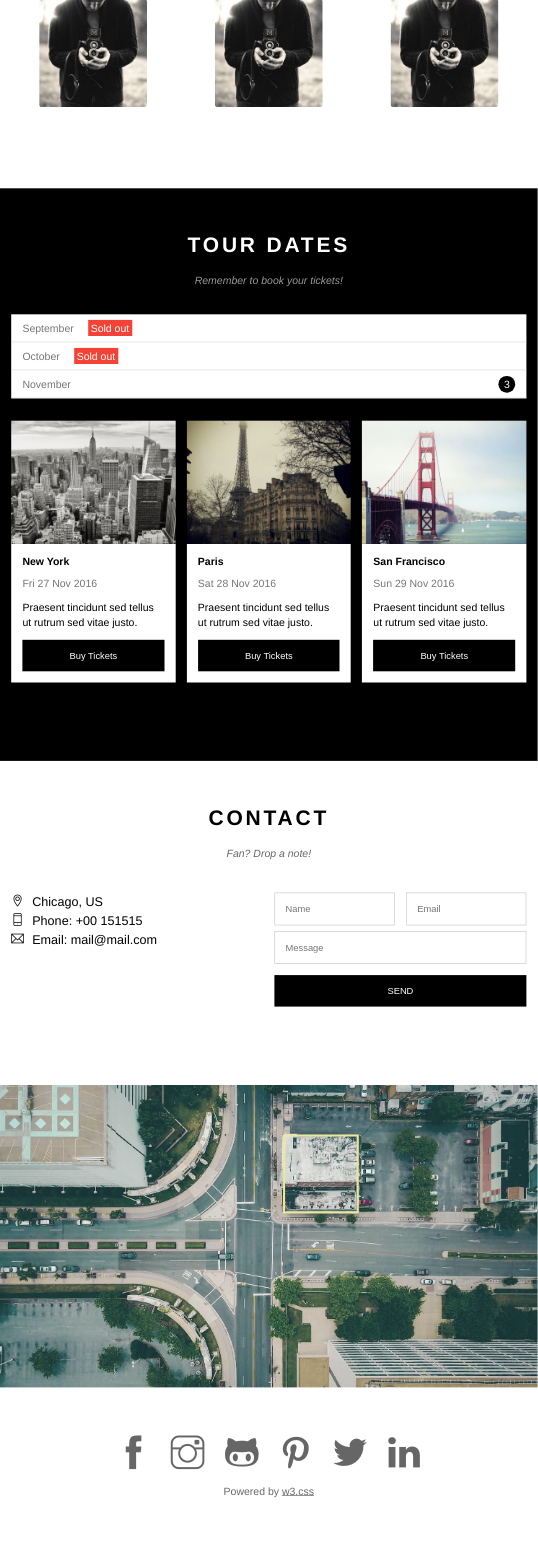
Repository: phongngotrong/w3school_reup
Page: index.html
An editor plug-in stored every save of this project. The page is shown before and after the next save, followed by the edit.
The browser window is 768 px wide. The pictures show the part of the page from y = 830 to 3070 px (the page is 3032 px tall before and 3070 px after), at 70% of full size.

Above is the page before, as saved 2022-02-15 23:21:11.

### index.html
<!DOCTYPE html>
<html lang="en">
  <head>
    <meta charset="UTF-8" />
    <meta http-equiv="X-UA-Compatible" content="IE=edge" />
    <meta name="viewport" content="width=device-width, initial-scale=1.0" />
    <title>W3.CSS Template</title>
    <link rel="icon" href="https://play-lh.googleusercontent.com/i-ij7KM2pFUUpFE31QAUDXg5mzGFNbm16S4tjmg2ZyuhCGLgNJ8oXJRbq7ysh6LoZg" type="image/x-icon" />
    <link rel="stylesheet" href="./assets/css/style.css" />
    <link rel="stylesheet" href="./assets/css/responsive.css" />
    <link rel="stylesheet" href="./assets/fonts/themify-icons/themify-icons.css">
  </head>
  <body>
    <div id="main">
      <div id="header">
        <!--Begin: Nav-->
        <ul id="nav">
          <li><a href="#">Home</a></li>
          <li><a href="#band">Band</a></li>
          <li><a href="#tour">Tour</a></li>
          <li><a href="#contact">Contact</a></li>
          <li>
            <a href="#">
              More
              <i class="nav-arrow-down ti-angle-down"></i>
            </a>
            <ul class="subnav">
              <ul>
                <li><a href="#">Merchandise</a></li>
                <li><a href="#">Extras</a></li>
                <li><a href="#">Media</a></li>
              </ul>
            </ul>
          </li>
        </ul>
        <!--End: Nav-->

        <!--Begin: Search-->
        <div class="search-btn">
          <i class="search-icon ti-search"></i>
        </div>

        <div id="mobile-menu" class="mobile-menu-btn">
          <i class="menu-icon ti-menu"></i>
        </div>
        <!--End: Search-->
      </div>

      <div id="slider">
        <div class="text-content">
          <h2 class="text-heading">Chicago</h2>
          <div class="text-description">
            Thank you, Chicago - A night we won't forget.
          </div>
        </div>
      </div>

      <div id="content">
        <!--content section-->
        <div id="band" class="content-section">
          <h2 class="section-heading">THE BAND</h2>
          <p class="section-sub-heading">We love music</p>
          <p class="about-text">
            We have created a fictional band website. Lorem ipsum dolor sit
            amet, consectetur adipiscing elit, sed do eiusmod tempor incididunt
            ut labore et dolore magna aliqua. Ut enim ad minim veniam, quis
            nostrud exercitation ullamco laboris nisi ut aliquip ex ea commodo
            consequat. Duis aute irure dolor in reprehenderit in voluptate velit
            esse cillum dolore eu fugiat nulla pariatur. Excepteur sint occaecat
            cupidatat non proident, sunt in culpa qui officia deserunt mollit
            anim id est laborum consectetur adipiscing elit, sed do eiusmod
            tempor incididunt ut labore et dolore magna aliqua. Ut enim ad minim
            veniam, quis nostrud exercitation ullamco laboris nisi ut aliquip ex
            ea commodo consequat.
          </p>
          <div class="row list-member">
            <!--member1-->
            <div class="col col-third s-col-full mt-32 text-center">
              <p class="member-name">Name</p>
              <img
                src="./assets/img/member.jpg"
                alt="Name"
                class="avt-member"
              />
            </div>

            <!--member2-->
            <div class="col col-third s-col-full mt-32 text-center">
              <div class="member-name">Name</div>
              <img
                src="./assets/img/member.jpg"
                alt="Name"
                class="avt-member"
              />
            </div>
            <!--member3-->

            <div class="col col-third s-col-full mt-32 text-center">
              <div class="member-name">Name</div>
              <img
                src="./assets/img/member.jpg"
                alt="Name"
                class="avt-member"
              />
            </div>
            <!-- <div class="clear"></div> -->
          </div>
        </div>
        <!--tour section-->
        <div id="tour" class="tour-section">
          <div class="content-section">
            <h2 class="section-heading text-white">TOUR DATES</h2>
            <p class="section-sub-heading text-white">
              Remember to book your tickets!
            </p>
            <!-- tickets -->
            <ul class="tickets-list">
              <li>September <span class="sold-out">Sold out</span></li>
              <li>October <span class="sold-out">Sold out</span></li>
              <li>November <span class="quantity">3</span></li>
            </ul>
            <div class="row places-list">
              <!-- place1 -->
              <div class="col col-third s-col-full mt-16">
                <img
                  src="./assets/img/newyork.jpg"
                  alt="New York"
                  class="place-img"
                />
                <div class="places-body">
                  <h3 class="places-heading">New York</h3>
                  <p class="places-time">Fri 27 Nov 2016</p>
                  <p class="place-description">
                    Praesent tincidunt sed tellus ut rutrum sed vitae justo.
                  </p>
                  <button class="btn s-full-width js-buy-ticket">Buy Tickets</button>
                </div>
              </div>
              <!-- place2 -->

              <div class="col col-third s-col-full mt-16">
                <img
                  src="./assets/img/paris.jpg"
                  alt="New York"
                  class="place-img"
                />
                <div class="places-body">
                  <h3 class="places-heading">Paris</h3>
                  <p class="places-time">Sat 28 Nov 2016</p>
                  <p class="place-description">
                    Praesent tincidunt sed tellus ut rutrum sed vitae justo.
                  </p>
                  <button class="btn s-full-width js-buy-ticket">Buy Tickets</button>
                </div>
              </div>
              <!-- place3 -->

              <div class="col col-third s-col-full mt-16">
                <img
                  src="./assets/img/sanfran.jpg"
                  alt="New York"
                  class="place-img"
                />
                <div class="places-body">
                  <h3 class="places-heading">San Francisco</h3>
                  <p class="places-time">Sun 29 Nov 2016</p>
                  <p class="place-description">
                    Praesent tincidunt sed tellus ut rutrum sed vitae justo.
                  </p>
                  <button class="btn s-full-width js-buy-ticket">Buy Tickets</button>
                </div>
              </div>
              <!-- <div class="clear"></div> -->
            </div>
          </div>
        </div>

        <!-- Begin: contact section-->
        <div id="contact" class="content-section">
          <h2 class="section-heading">CONTACT</h2>
          <p class="section-sub-heading">Fan? Drop a note!</p>

          <div class="row contact-content">
            <div class="col col-half s-col-full contact-info">
              <p><i class="ti-location-pin"></i>Chicago, US</p>
              <p><i class="ti-mobile"></i>Phone: +00 151515</p>
              <p><i class="ti-email"></i>Email: mail@mail.com</p>
            </div>
            <div class="col col-half s-col-full contact-form">
              <form action="">
                <div class="row">
                  <div class="col col-half s-col-full">
                      <input type="text" name="" required placeholder="Name" id="" class="form-control">
                  </div>
                  <div class="col col-half s-col-full s-mt-8">
                    <input type="email" name="" required placeholder="Email" id="" class="form-control">
                </div>
                </div>
                <div class="row mt-8">
                  <div class="col col-full">
                    <input type="text" name="" required placeholder="Message" id="" class="form-control">
                </div>
                </div>
                <input class="btn pull-right s-full-width mt-16" type="submit" value="SEND">
              </form>
            </div>
          </div>
        </div>
        <!-- End: contact section-->
        <div class="map-section">
          <img src="./assets/img/map.jpg" alt="Map">
        </div>
      </div>

      <div id="footer">
        <div class="social-list">
          <a href=""><i class="ti-facebook"></i></a>
          <a href=""><i class="ti-instagram"></i></a>
          <a href=""><i class="ti-github"></i></a>
          <a href=""><i class="ti-pinterest"></i></a>
          <a href=""><i class="ti-twitter-alt"></i></a>
          <a href=""><i class="ti-linkedin"></i></a>
        </div>
        <div class="Copyright">Powered by <a href="">w3.css</a></div>
      </div>
    </div>

    <div class="modal js-modal">
      <div class="modal-container js-modal-container">
        <div class="modal-close js-modal-close">
          <i class="ti-close"></i>
        </div>
        <header class="modal-header">
          <i class="icon-ti-bag-header ti-bag"></i>
          Tickets
        </header>

        <div class="modal-body">
          <label for="tickets-quantity" class="modal-label">
            <i class="ti-shopping-cart"></i>
            Tickets, $15 per person
          </label>
          <input
            id="tickets-quantity"
            type="text"
            class="modal-input"
            placeholder="How many?"
          />

          <label for="tickets-email" class="modal-label">
            <i class="ti-user"></i>
            Send To
          </label>
          <input
            id="tickets-email"
            type="email"
            class="modal-input"
            placeholder="Enter email "
          />

          <button id="buy-tickets">
            PAY<i class="icon-ti-check-footer ti-check"></i>
          </button>
        </div>

        <footer class="modal-footer">
          <p class="modal-help">Need <a href="">help?</a></p>
        </footer>
      </div>
    </div>

    <script>
      const buyBtns = document.querySelectorAll('.js-buy-ticket')
      const modal = document.querySelector('.js-modal')
      const modalContainer = document.querySelector('.js-modal-container')
      const modalClose = document.querySelector('.js-modal-close')

      // hàm hiển thị modal mua vé(thêm class open vào modal)
      function showBuyTickets() {
        modal.classList.add('open')
      }

      // hàm ẩn modal mua vé(gỡ bỏ class open của modal)
      function hideBuyTickets() {
        modal.classList.remove('open')
      }

      // lặp qua từng thẻ button và nghe hành vi click
      for(const buyBtn of buyBtns) {
        buyBtn.addEventListener('click', showBuyTickets)
      }

      // nghe hành vi click vào button close
      modalClose.addEventListener('click', hideBuyTickets)

      modal.addEventListener('click', hideBuyTickets)

      modalContainer.addEventListener('click', function(event){
        event.stopPropagation()
      })

    </script>

    <script>
      var header = document.getElementById('header');
      var mobileMenu = document.getElementById('mobile-menu');
      var headerHeight = header.clientHeight;

      // Đóng/mở mobile menu
      mobileMenu.onclick = function() {
        var isClosed = header.clientHeight === headerHeight;
        if(isClosed) {
          header.style.height = 'auto';
        } else {
          header.style.height = null;
        }
      }

      // Tự động đóng khi chọn menu
      var menuItems = document.querySelectorAll('#nav li a[href*="#"]');
      for(var i=0; i<menuItems.length; i++) {
        var menuItem = menuItems[i];

        console.log(menuItem);

        menuItem.onclick = function(event) {
          var isParentMenu = this.nextElementSibling && this.nextElementSibling.classList.contains('subnav');
          if(isParentMenu) {
            event.preventDefault();
          }else {
            header.style.height = null;
          }
        }
      }

    </script>
  </body>
</html>

### assets/css/style.css
/* Reset CSS */

* {
  padding: 0;
  margin: 0;
  box-sizing: border-box;
}

html {
  font-family: Helvetica, Arial, sans-serif;
  scroll-behavior: smooth;
}
/*
  -Từ trên xuống dưới
  -Từ ngoài vào trong
  -Tổng quan đến chi tiết
  */

/*
  1. Vi tri
  2. Kich thuoc
  3. Mau sac
  4. Kieu dang (kieu chu, hinh tron, vuong...)
  */

/* Common */
.text-center {
  text-align: center !important;
}

.row {
  margin-left: -8px;
  margin-right: -8px;
}

/* Tạo element giả */
.row::after {
  content: "";
  display: block;
  clear: both;
}
/*.................*/

.col {
  float: left;
  padding-left: 8px;
  padding-right: 8px;
}

.col-full {
  width: 100%;
}

.col-half {
  width: 50%;
}

.col-third {
  width: 33.33333%;
}

.pull-right {
  float: right;
}

.btn {
  background-color: #000;
  color: #fff;
  text-decoration: none;
  display: inline-block;
  padding: 11px 16px;
  margin-top: 15px;
  padding-top: 16px;
  cursor: pointer;
  border: none;
}

.btn:hover {
  background-color: #ccc;
  color: #000;
}

.mt-8 {
  margin-top: 8px !important;
}

.mt-16 {
  margin-top: 16px !important;
}

.mt-32 {
  margin-top: 32px !important;
}

.clear {
  clear: both;
}

/* .row::after {
    clear: both;
    display: block;
    content: "";
  } */

.text-white {
  color: #fff !important;
}

/* Main */
#main {
}

#header {
  position: fixed;
  top: 0;
  left: 0;
  right: 0;
  height: 46px;
  background-color: #000;
  z-index: 1;
}

#nav {
  display: inline-block;
}

li {
  list-style-type: none;
}

#nav > li {
  display: inline-block;
}

#nav li {
  position: relative;
}

#nav > li > a {
  color: #fff;
  text-transform: uppercase;
}

#nav li a {
  text-decoration: none;
  line-height: 46px;
  padding: 0 24px;
  display: block;
}

#nav li:hover .subnav {
  display: block;
}

#nav > li:hover > a,
#nav .subnav li:hover a {
  color: #000;
  background-color: #ccc;
}

#nav .subnav {
  display: none;
  min-width: 160px;
  position: absolute;
  background-color: #fff;
  box-shadow: 0 0 10px rgba(0, 0, 0, 0.3);
}

#nav .subnav a {
  color: #000;
  padding: 0 12px;
  line-height: 38px;
}

#nav .nav-arrow-down {
  font-size: 12px;
}

#header .mobile-menu-btn {
  position: absolute;
  top: 0;
  right: 0;
  display: none;
}

#header .mobile-menu-btn,
#header .search-btn {
  float: right;
  padding: 0 20px;
}

#header .mobile-menu-btn .menu-icon {
  font-size: 16px;
}

#header .mobile-menu-btn:hover {
  background-color: #ccc;
}

#header .mobile-menu-btn:hover .menu-icon {
  color: #000;
}

#header .search-btn:hover {
  cursor: pointer;
  background-color: #f44336;
}

#header .menu-icon,
#header .search-icon {
  color: #fff;
  font-size: 20px;
  line-height: 46px;
}

#slider {
  position: relative;
  margin-top: 46px;
  padding-top: 50%;
  background: url("../img/slider.jpg") top center / cover no-repeat;
}

#slider .text-content {
  position: absolute;
  bottom: 47px;
  color: #fff;
  width: 100%;
  text-align: center;
}

#slider .text-heading {
  font-weight: 500;
  font-size: 24px;
}

#slider .text-description {
  font-size: 15px;
  margin-top: 25px;
}

#content {
}

#content .content-section {
  width: 800px;
  max-width: 100%;
  padding: 64px 0 112px;
  margin-right: auto;
  margin-left: auto;
  padding-left: 16px;
  padding-right: 16px;
}

#content .section-heading {
  text-align: center;
  font-size: 30px;
  letter-spacing: 4px;
}

#content .section-sub-heading {
  font-size: 15px;
  text-align: center;
  margin-top: 25px;
  font-style: italic;
  opacity: 0.6;
}

#content .about-text {
  font-size: 15px;
  margin-top: 15px;
  text-align: justify;
  line-height: 1.4;
}

#content .member-name {
  font-size: 16px;
}

#content .list-member {
  margin-top: 32px;
  /* margin-bottom: 48px;
    overflow: hidden;  */
}

/* #content .item-member {
    float: left;
    width: 33.33333%;
    text-align: center;
  } */

#content .avt-member {
  margin-top: 15px;
  width: 154px;
  border-radius: 4px;
}

/* tour section */
.tour-section {
  background-color: #000;
}
.tickets-list {
  background-color: #fff;
  margin-top: 40px;
  list-style: none;
}

.tickets-list li {
  color: #757575;
  font-size: 15px;
  padding: 11px 16px;
  border-bottom: 1px solid #ddd;
}

.tickets-list .sold-out {
  background-color: #f44336;
  color: #fff;
  padding: 3px 4px;
  margin-left: 16px;
}

.tickets-list .quantity {
  float: right;
  width: 24px;
  height: 24px;
  background-color: #000;
  color: #fff;
  border-radius: 50%;
  line-height: 24px;
  text-align: center;
  margin-top: -3px;
}

/* Places */
.places-list {
  margin-top: 16px;
}

/* .places-item {
    float: left;
    width: 33.33333%;
    padding: 0 8px;
  } */

.place-img {
  width: 100%;
  display: block;
}

.place-img:hover {
  opacity: 0.6;
}

.places-body {
  padding: 16px;
  font-size: 15px;
  background-color: #fff;
}

.places-heading {
  font-size: 15px;
}

.places-time {
  padding-top: 15px;
  color: #757575;
}

.place-description {
  padding-top: 15px;
  line-height: 1.4;
}

.modal {
  position: fixed;
  top: 0;
  bottom: 0;
  right: 0;
  left: 0;
  background-color: rgba(0, 0, 0, 0.4);
  display: none;
  align-items: center;
  justify-content: center;
}

.modal.open {
  display: flex;
}

.modal-container {
  background-color: #fff;
  width: 900px;
  min-height: 200px;
  position: relative;
  max-width: calc(100% -32px);
  animation: modalFadeIn ease 0.4s;
}

.modal-header {
  background-color: #009688;
  color: #fff;
  height: 130px;
  font-size: 30px;
  display: flex;
  align-items: center;
  justify-content: center;
  letter-spacing: 4px;
}

.modal-close:hover {
  background-color: #ccc;
  color: #000;
}

.modal-close {
  position: absolute;
  right: 0;
  top: 0;
  padding: 16px;
  font-size: 12px;
  color: #fff;
  cursor: pointer;
}

.icon-ti-bag-header {
  margin-right: 16px;
}

.modal-body {
  padding: 16px;
}

.modal-label {
  display: block;
  font-size: 15px;
  margin-bottom: 12px;
}

.modal-input {
  border: 1px solid #ccc;
  width: 100%;
  padding: 10px;
  font-size: 15px;
  margin-bottom: 24px;
}

#buy-tickets:hover {
  background-color: #ccc;
  color: #000;
}

#buy-tickets {
  background-color: #009688;
  width: 100%;
  padding: 18px;
  color: #fff;
  border: none;
  text-transform: uppercase;
  font-size: 15px;
  cursor: pointer;
}

.modal-footer {
  padding: 16px;
  text-align: right;
}

.modal-footer a {
  color: #2196f3;
}

/* Contact */
.contact-content {
  margin-top: 48px;
}

.contact-info {
  font-size: 18px;
  line-height: 1.5;
}

.contact-info i[class*="ti-"] {
  width: 30px;
  display: inline-block;
}

.contact-form {
  font-size: 15px;
}

.contact-form .form-control {
  padding: 10px;
  border: 1px solid #ccc;
  width: 100%;
}

/* .contact-form .form-submit-btn {
  background: #000;
  color: #fff;
  border: 1px solid #000;
  padding: 10px 16px;
  float: right;
} */

/* .form-submit-btn:hover {
  background: #ccc;
  color: #000;
  border: none;
  cursor: pointer;
} */

/* Map section */
.map-section img {
  width: 100%;
  filter: grayscale(50%);
}

/* footer section */

#footer {
  padding: 64px 16px;
  text-align: center;
}

#footer .social-list {
  font-size: 20px;
}

#footer .Copyright {
  font-size: 15px;
  margin-top: 15px;
  color: rgba(0, 0, 0, 0.6);
}

#footer .Copyright a {
  color: rgba(0, 0, 0, 0.6);
}

#footer .social-list a {
  color: rgba(0, 0, 0, 0.6);
  text-decoration: none;
}

#footer .social-list a:hover {
  color: rgba(0, 0, 0, 0.4);
}

/* Tạo hoạt ảnh  */
@keyframes modalFadeIn {
  from {
    opacity: 0;
    transform: translateY(-140px);
  }
  to {
    opacity: 1;
    transform: translateY(0);
  }
}

### assets/css/responsive.css
/* PC: width >= 1024px */
@media only screen and (min-width: 64em) {
}

/* Tablet: width >= 740px and < 1024px */
@media only screen and (min-width: 46.25em) and (max-width: 63.9375em) {
}

/* Tablet && Mobile */
@media only screen and (max-width: 63.9375em) {
  .s-full-width {
    width: 100% !important;
  }

  .btn {
    padding: 15px 16px;
  }

  .contact-form .form-control {
    padding: 15px;
  }

  #footer .social-list {
    font-size: 48px;
  }

  #footer .social-list a {
    margin: 0 8px;
  }
}

/* Mobile: width < 740px */
@media only screen and (max-width: 46.1875em) {
  .s-mt-8 {
    margin-top: 8px;
  }

  #nav {
    display: block;
  }

  #nav > li {
    display: block;
  }

  #nav > li:first-child {
    display: inline-block;
  }

  #nav li a {
    padding: 1px 24px;
  }

  #nav .subnav {
    position: initial;
    background-color: #333;
  }

  #nav .subnav a {
    color: #fff;
    padding: 5px 41px;
  }

  #header {
    overflow: hidden;
  }

  #header .search-btn {
    display: none;
  }

  #header .mobile-menu-btn {
    display: block;
  }

  #content .avt-member {
    width: 60%;
  }

  .s-col-full {
    width: 100% !important;
  }

  .contact-form {
    margin-top: 16px;
  }
}

Loaded but not shown: assets/fonts/themify-icons/themify-icons.css (common file)

After the next save:
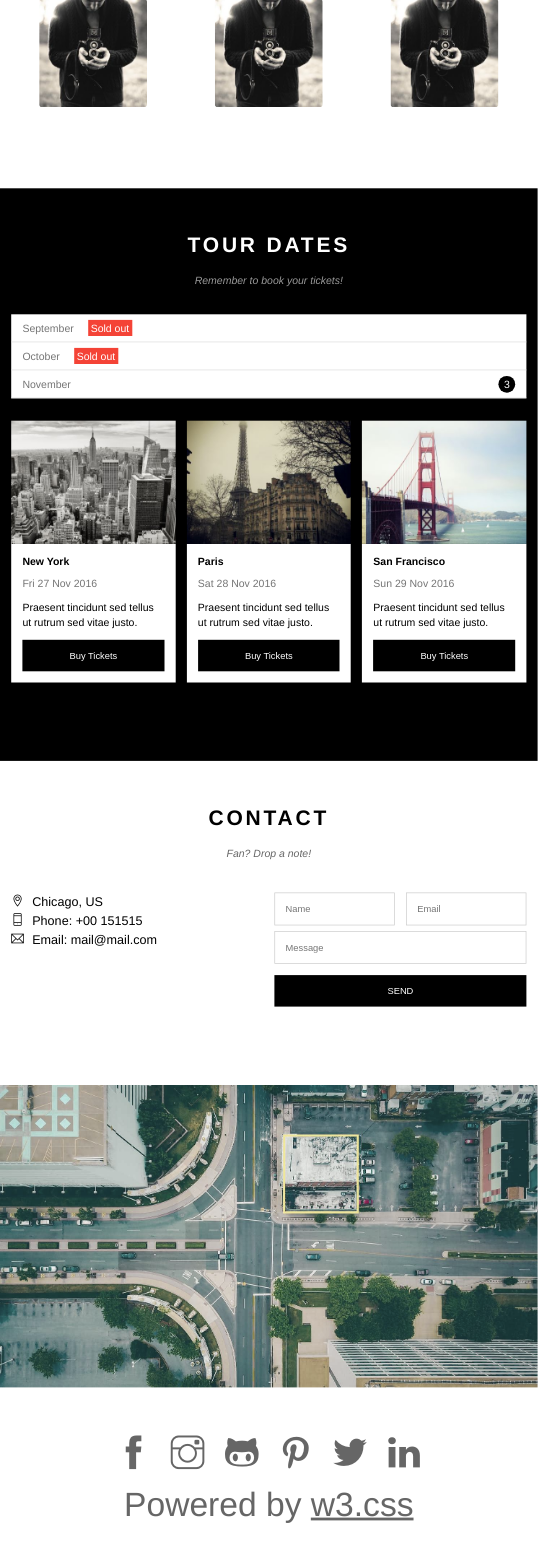
Saved 4 min 59 s later.
--- a/assets/css/responsive.css
+++ b/assets/css/responsive.css
@@ -26,6 +26,10 @@
 
   #footer .social-list a {
     margin: 0 8px;
+  }
+
+  #footer .Copyright {
+    font-size: 48px;
   }
 }
 
